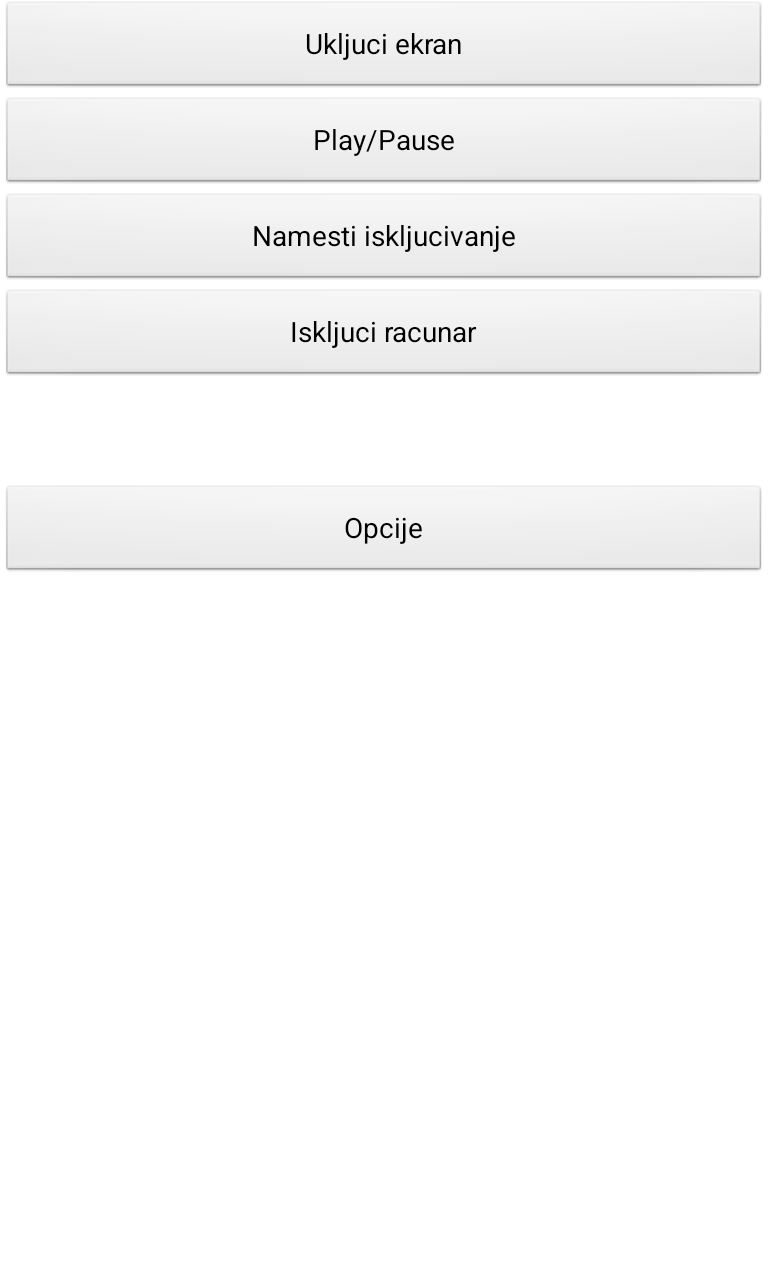
Repository: zivlakmilos/Remote_Control
Layout: RemoteControl1/AndroidRemoteControl/res/layout/main.xml
The author's editor kept a copy of each file at every save. The layout is drawn from the files as they stood at one save, then again after the next save.
It is drawn on a 768 x 1280 px phone screen (xhdpi) without system bars, with theme AppTheme; the app's code is not run.

Above is the layout before, as saved 2015-06-29 11:46:29.

After the next save:
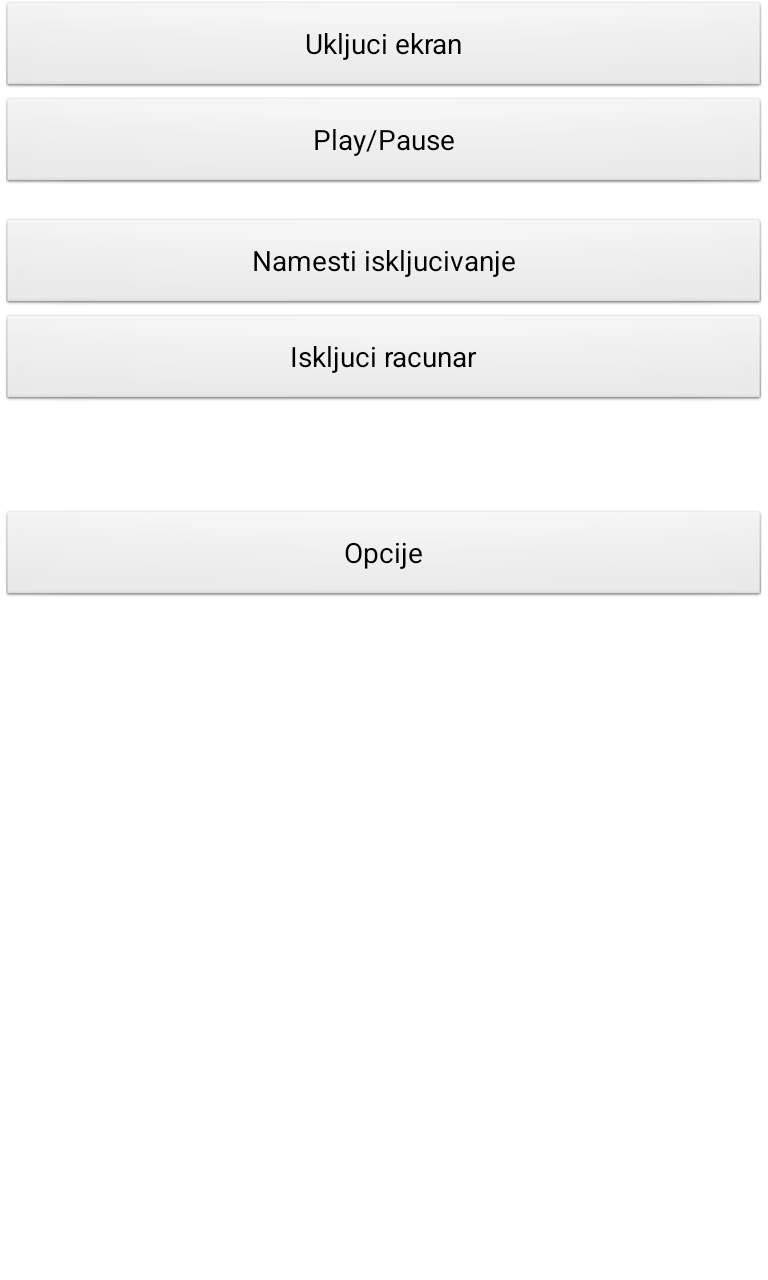
Saved 2 min 50 s later.
--- a/RemoteControl1/AndroidRemoteControl/res/layout/main.xml
+++ b/RemoteControl1/AndroidRemoteControl/res/layout/main.xml
@@ -20,7 +20,8 @@
         android:id="@+id/btnTurnOffDelay"
         android:layout_width="fill_parent"
         android:layout_height="wrap_content"
-        android:text="Namesti iskljucivanje"/>
+        android:text="Namesti iskljucivanje"
+        android:layout_marginTop="25px"/>
     <Button
         android:id="@+id/btnTurnOff"
         android:layout_width="fill_parent"
